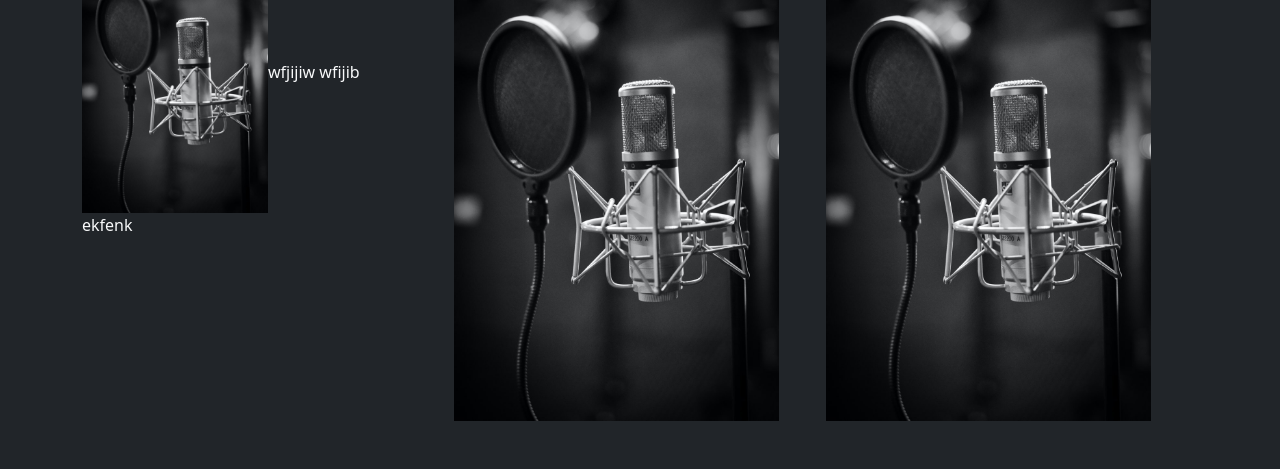
Repository: Eugene44-hub/music-workshop-site
Page: index.html
The author's editor kept a copy of each file at every save. The page is drawn from the files as they stood at one save, then again after the next save.
The browser window is 1280 px wide. The pictures show the part of the page from y = 1393 to 1862 px (the page is 1862 px tall).
A picture or video elsewhere on the page could not be fetched, so the positions and the page height are approximate. Some web libraries are served in a nearby version.

Above is the page before, as saved 2021-10-24 15:00:04.

### index.html
<!DOCTYPE html>
<html lang="en">

<head>
    <meta charset="UTF-8">
    <meta http-equiv="X-UA-Compatible" content="IE=edge">
    <meta name="viewport" content="width=device-width, initial-scale=1.0">
    <title>Document</title>
    <link rel="stylesheet" href="style.css">
    <!-- CSS only -->
    <link href="https://cdn.jsdelivr.net/npm/bootstrap@5.1.3/dist/css/bootstrap.min.css" rel="stylesheet" integrity="sha384-1BmE4kWBq78iYhFldvKuhfTAU6auU8tT94WrHftjDbrCEXSU1oBoqyl2QvZ6jIW3" crossorigin="anonymous">
    <link rel="stylesheet" href="https://cdn.jsdelivr.net/npm/bootstrap-icons@1.6.1/font/bootstrap-icons.css">
</head>

<body class="bg-dark p-md-5 p-3">
    <!-- registeration starts  -->
    <section id="registration">
        <div class="container">
            <div class="d-lg-flex text-white bg-black align-items-center" id="regImg">
                <div id="regText" class="col-md text-center p-5">
                    <h2 id="musicheader" class="text-uppercase fs-2">
                        music workshop </h2>
                    <p class="text-danger"> free Workshop and classes</p>
                    <p class="text-secondary">Website services that aren't tailored to your users create missed oppurtunities. the structure and flow of your website should be logical and</p>
                    <div class="mt-5">
                        <button class="btn btn-danger mx-2">Register Now</button>
                        <button class="btn text-light mx-2"><i class="bi bi-caret-down-fill"></i> PLAY VIDEO</button>
                    </div>
                </div>
                <div class="col-md"> <img src="images/eminem.jpg" alt="" class="img-fluid"></div>

            </div>
        </div>
    </section>
    <!-- registeration ends  -->

    <!-- whats new starts -->
    <section class="text-light">
        <div class="container">
            <h2 id="new" class='text-center text-light fs-3 my-5'>What's new</h2>
            <div class="d-lg-flex row-sm  align-items-stretch">
                <div class="col-sm-6 col-lg m-auto">
                    <img src="images/microphone.jpg" class="img-fluid" alt="">
                </div>
                <div id="protextContain" class=" mx-sm-auto col-sm-6 col-lg py-5 py-lg-0 position-relative d-flex border-top border-danger ms-lg-3 mt-5 mt-lg-0">
                    <div id="proText" class="my-lg-auto ">
                        <h4 class="lead">
                            PRO SILENT <br> SYMPHONY
                        </h4>
                        <small>june 2021 By unik creative</small>
                        <p class="mt-5">site services that <br> aren't tailored</p>
                    </div>
                </div>
                <div class="col-sm-6 col-lg m-auto">
                    <img src="images/microphone.jpg" class="img-fluid" alt="">
                </div>
                <div id=protextContain class="mx-sm-auto col-sm-6 col-lg py-5 py-lg-0 position-relative d-flex border-top border-danger ms-lg-3 mt-5 mt-lg-0">
                    <div id="proText" class="my-lg-auto ">
                        <h4 class="lead">
                            PRO SILENT <br> SYMPHONY
                        </h4>
                        <small>june 2021 By unik creative</small>
                        <p class="mt-5">site services that <br> aren't tailored</p>
                    </div>

                </div>
                <div class="col-sm-6 col-lg m-auto">
                    <img src="images/microphone.jpg" class="img-fluid" alt="">
                </div>

                <div id=protextContain class="mx-sm-auto col-sm-6 col-lg py-5 py-lg-0 position-relative d-flex border-top border-danger ms-lg-3 mt-5 mt-lg-0">
                    <div id="proText" class="my-lg-auto ">
                        <h4 class="lead">
                            PRO SILENT <br> SYMPHONY
                        </h4>
                        <small>june 2021 By unik creative</small>
                        <p class="mt-5">site services that <br> aren't tailored</p>
                    </div>

                </div>
            </div>
        </div>

    </section>
    <!-- whats new ends -->

    <!-- newletter section starts -->
    <section class="text-light ">
        <div class="container">
            <div class="d-lg-flex">
                <div class="col-md bg-danger d-flex p-5 m-auto newsletter">
                    <div class="m-auto">
                        <h2>SUBSCRIBE TO OUR NEWS LETTER</h2>
                        <p>subscribe to our News Letter to get the latest news about our products</p>
                        <input type="text" class="form-control">
                    </div>

                </div>
                <div class="col-md d-flex  p-5 newsletter" id="eminemBack">
                    <div class="m-auto ">
                        <h1 class="text-danger text-center" style="font-size:80px">"</h1>
                        <p class="text-center lead ">Website services that aren't tailored to your users create missed opputunities. The structure and flow of your website should be logical and straightforward
                        </p>
                        <div class="d-flex  align-items-center justify-content-center">
                            <img src="http://randomuser.me/api/portraits/men/4.jpg" class="rounded-circle img-fluid mx-2 " alt="">
                            <div class='mx-2'>
                                <h4>Lung Li</h3>
                                    <small>Singer</small>
                            </div>

                        </div>

                    </div>
                </div>
            </div>
        </div>
    </section>
    <!-- newletter section ends -->

    <!-- items starts-->
    <section class="text-light">

        <div class="container">
            <div class="d-flex">

                <div class="col">
                    <h3>Featured Item</h3>
                    <div class="d-flex">
                        <div>
                            <p><img src="images/microphone.jpg" class="img-fluid w-50" alt="">wfjijiw wfijib
                                <br> ekfenk
                            </p>
                        </div>

                    </div>

                </div>

                <div class="col">
                    <h3>Featured Item</h3>
                    <div class="d-flex">
                        <div><img src="images/microphone.jpg" class="img-fluid" alt=""></div>
                        <p>wfjijiw wfiji</p>
                    </div>
                </div>

                <div class="col">
                    <h3>Featured Item</h3>
                    <div class="d-flex">
                        <div><img src="images/microphone.jpg" class="img-fluid" alt=""></div>
                        <p>wfjijiw wfiji</p>
                    </div>
                </div>

            </div>
        </div>

    </section>
    <!-- items ends-->

</body>
<!-- JavaScript Bundle with Popper -->
<script src="https://cdn.jsdelivr.net/npm/bootstrap@5.1.3/dist/js/bootstrap.bundle.min.js " integrity="sha384-ka7Sk0Gln4gmtz2MlQnikT1wXgYsOg+OMhuP+IlRH9sENBO0LRn5q+8nbTov4+1p " crossorigin="anonymous "></script>

</html>

### style.css
#musicheader,
#new {
    letter-spacing: 6px
}

.newsletter {
    height: 500px;
}

#eminemBack {
    background-image: url('images/eminem.jpg');
    background-repeat: no-repeat;
    /* background-size: ; */
    background-position-y: center;
    background-position-x: center;
}

After the next save:
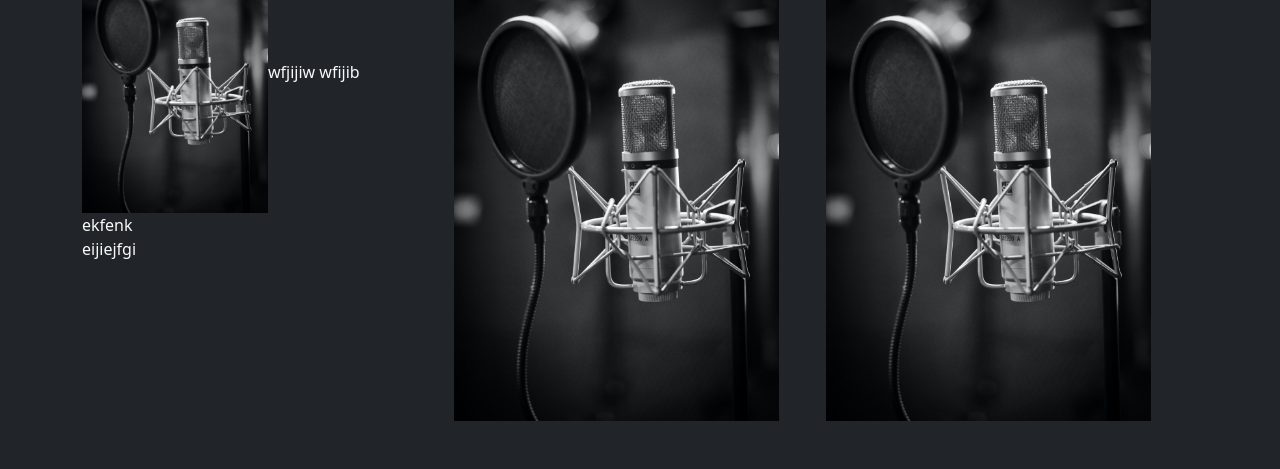
Saved 12 s later.
--- a/index.html
+++ b/index.html
@@ -128,7 +128,7 @@
                     <div class="d-flex">
                         <div>
                             <p><img src="images/microphone.jpg" class="img-fluid w-50" alt="">wfjijiw wfijib
-                                <br> ekfenk
+                                <br> ekfenk <br>eijiejfgi
                             </p>
                         </div>
 
